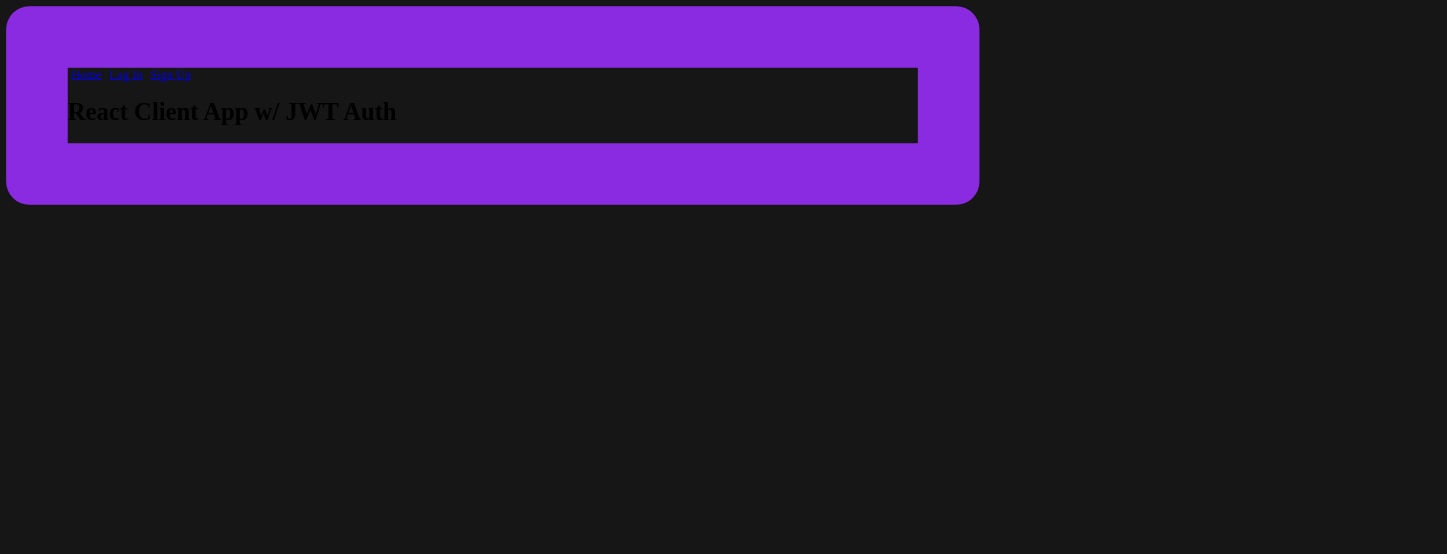
Repository: kaitlynMidori/react-jeopardy-app
Page: / (app in client/)
The author's editor kept a copy of each file at every save. The page is drawn from the files as they stood at one save, then again after the next save.
The browser window is 1280 px wide. The page is 1280 px wide, then 1879 px, then 1280 px, so the pictures cover 1879 px, including what lies to the right of the window. The pictures show the whole page, at 77% of full size.
The project was rebuilt for these pictures with package versions that can differ from the ones it lists, and the page was loaded fresh each time. Also part of the build but not shown: client/src/views/LogIn.jsx, client/src/views/LogOut.jsx, client/src/views/SignUp.jsx, client/src/components/PracticeCard/PracticeCard.js, client/src/utils/API.js, client/src/views/Practice.jsx, client/src/components/Container/Container.js, client/src/components/PlayerScore/PlayerScore.js and 13 more.

Above is the page before, as saved 2021-03-23 13:38:11.

After the next save:
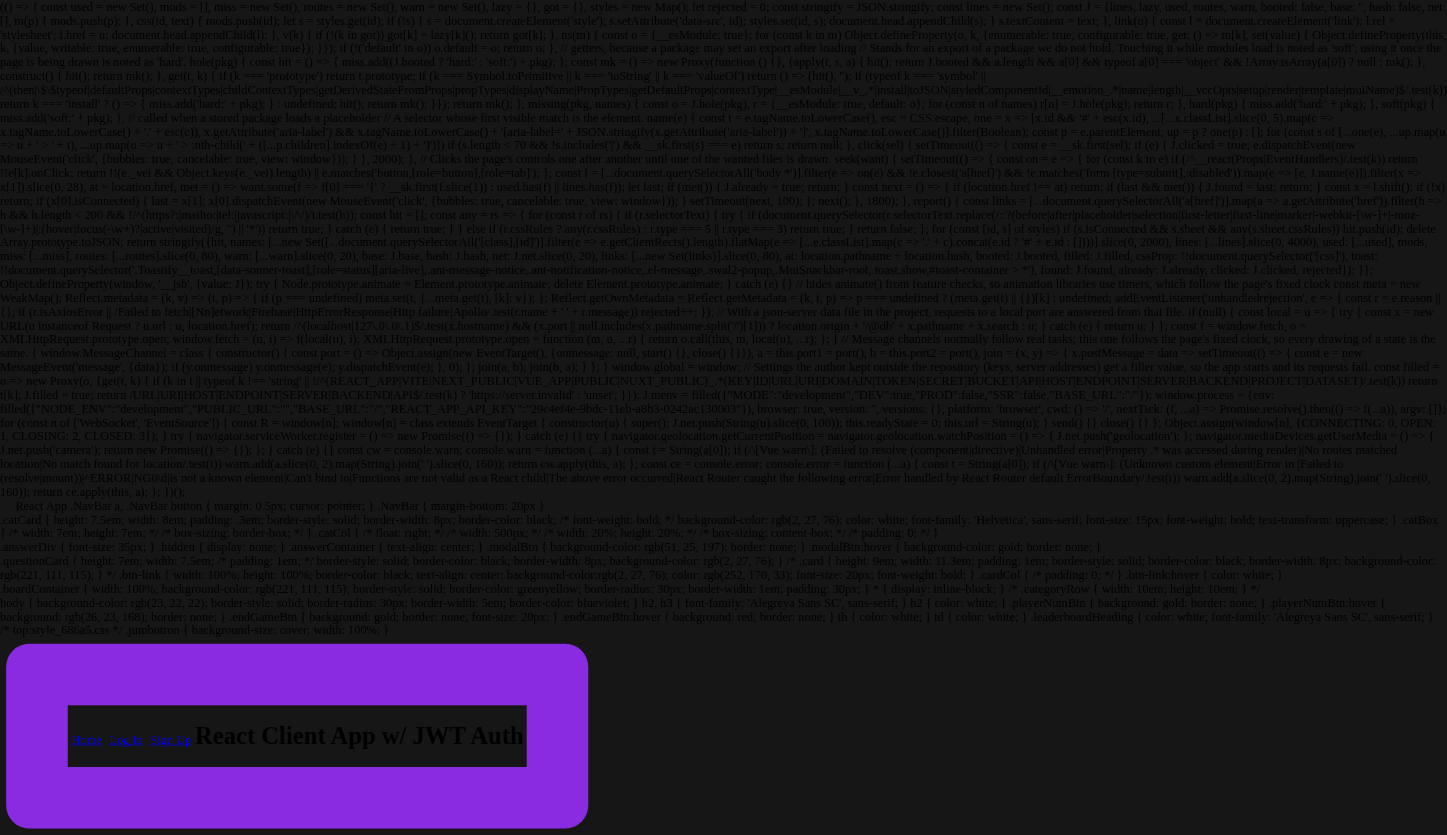
Saved 11 min 35 s later.
--- a/client/src/components/Board/style.css
+++ b/client/src/components/Board/style.css
@@ -8,6 +8,10 @@
     padding: 30px;
 }
 
+* {
+    display: inline-block;
+}
+
 /* .categoryRow {
     width: 10em;
     height: 10em;

After the save that followed:
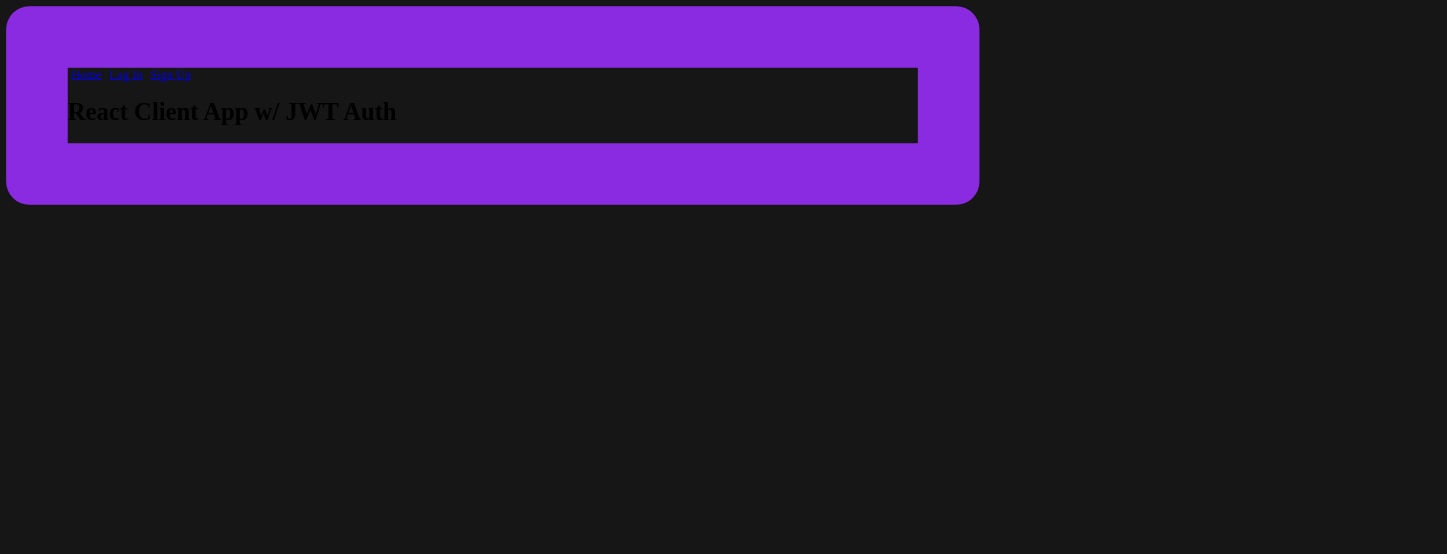
Saved 31 s later.
--- a/client/src/components/Board/style.css
+++ b/client/src/components/Board/style.css
@@ -8,9 +8,9 @@
     padding: 30px;
 }
 
-* {
+/* * {
     display: inline-block;
-}
+} */
 
 /* .categoryRow {
     width: 10em;
